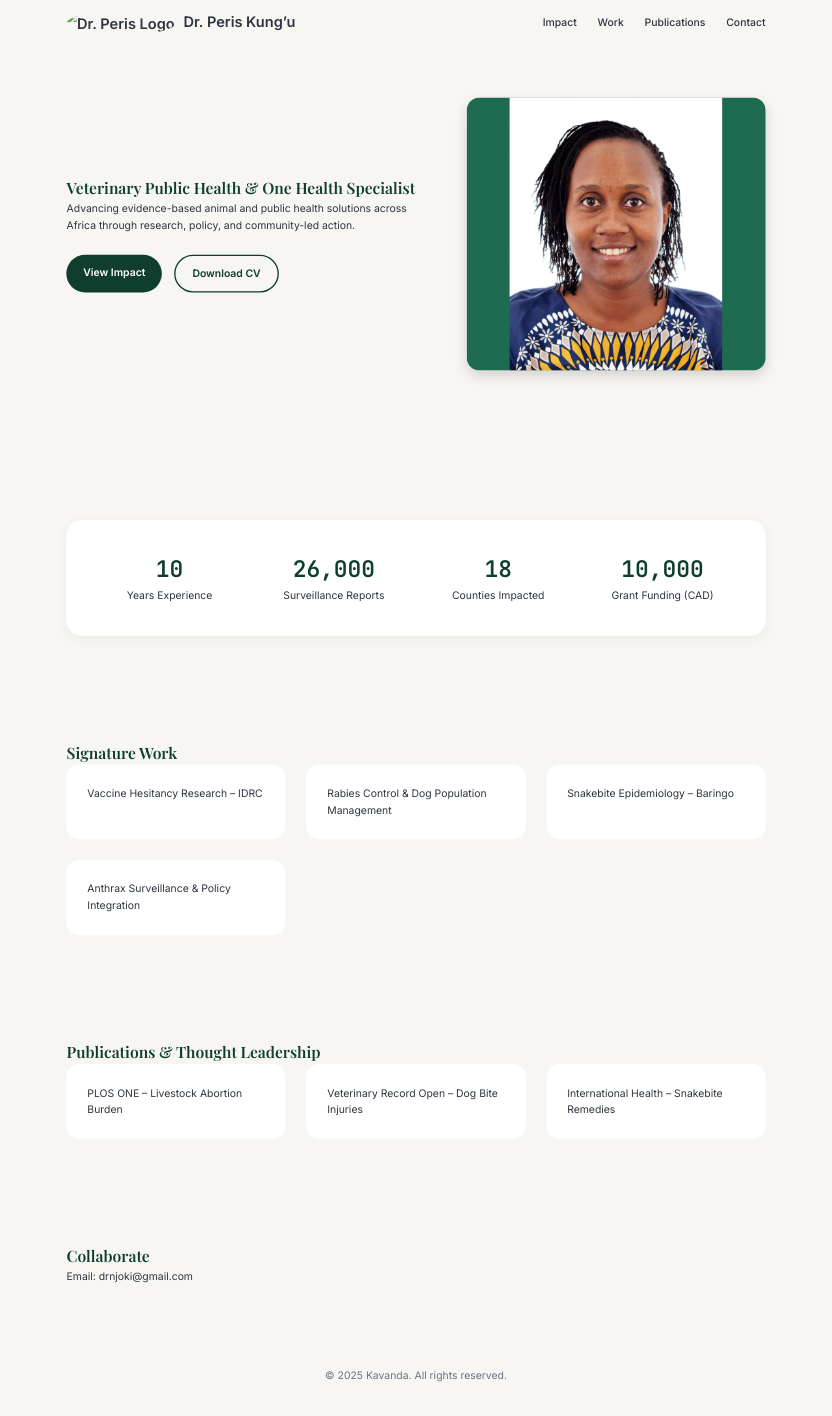
Repository: ladygit-comits/Peris_Portfolio
Page: index.html
The author's editor kept a copy of each file at every save. The page is drawn from the files as they stood at one save, then again after the next save.
The browser window is 1280 px wide. The pictures show the whole page, at 65% of full size.

Above is the page before, as saved 2026-01-01 21:36:01.

After the next save:
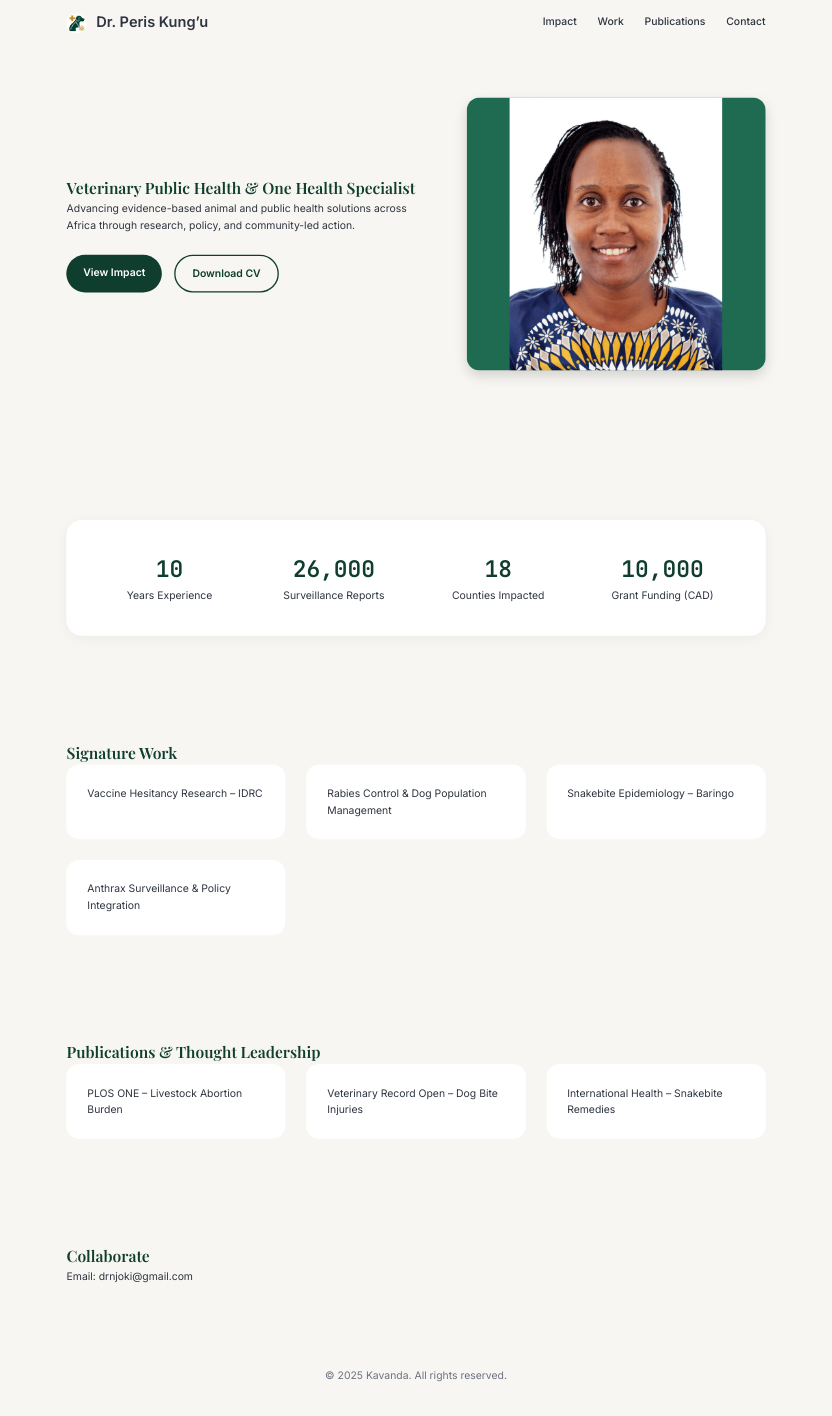
Saved 8 s later.
--- a/index.html
+++ b/index.html
@@ -15,7 +15,7 @@
 
 <nav>
   <strong>
-    <img src="images/favicon.png" alt="Dr. Peris Logo" class="nav-logo">
+    <img src="images/peris-favicon.jpg" alt="Dr. Peris Logo" class="nav-logo">
     Dr. Peris Kung’u
   </strong>
   <ul>
